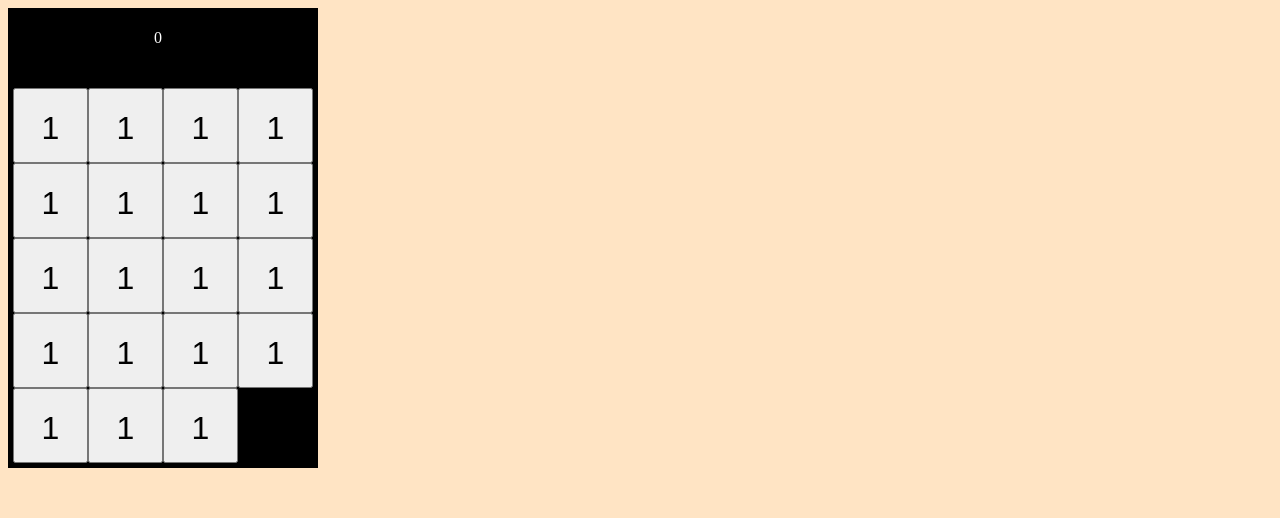
Repository: noahcallen/LAB-calculator
Page: index.html
An editor plug-in stored every save of this project. The page is shown before and after the next save, followed by the edit.
The browser window is 1280 px wide. The pictures show the whole page.

Above is the page before, as saved 2024-07-10 19:08:02.

### index.html
<!DOCTYPE html>
<html lang="en">
<head>
  <meta charset="UTF-8">
  <meta name="viewport" content="width=device-width, initial-scale=1.0">
  <title>Document</title>
  <link rel="stylesheet" href="main.css">
  <meta name="viewport" content="width=device-width, initial-scale=1">
</head>
<body>
  <div class="container">
    <div class="display">
      <p>0</p>
    </div>
    <div class="row">
      <div class="col">
        <button type="button" class="btn btn-primary">1</button>
      </div>
      <div class="col">
        <button type="button" class="btn btn-primary">1</button>
      </div>
      <div class="col">
        <button type="button" class="btn btn-primary">1</button>
      </div>
      <div class="col">
        <button type="button" class="btn btn-primary">1</button>
      </div>
      <div class="col">
        <button type="button" class="btn btn-primary">1</button>
      </div>
      <div class="col">
        <button type="button" class="btn btn-primary">1</button>
      </div>
      <div class="col">
        <button type="button" class="btn btn-primary">1</button>
      </div>
      <div class="col">
        <button type="button" class="btn btn-primary">1</button>
      </div>
      <div class="col">
        <button type="button" class="btn btn-primary">1</button>
      </div>
      <div class="col">
        <button type="button" class="btn btn-primary">1</button>
      </div>
      <div class="col">
        <button type="button" class="btn btn-primary">1</button>
      </div>
      <div class="col">
        <button type="button" class="btn btn-primary">1</button>
      </div>
      <div class="col">
        <button type="button" class="btn btn-primary">1</button>
      </div>
      <div class="col">
        <button type="button" class="btn btn-primary">1</button>
      </div>
      <div class="col">
        <button type="button" class="btn btn-primary">1</button>
      </div>
      <div class="col">
        <button type="button" class="btn btn-primary">1</button>
      </div>
      <div class="col">
        <button type="button" class="btn btn-primary">1</button>
      </div>
      <div class="col">
        <button type="button" class="btn btn-primary">1</button>
      </div>
      <div class="col">
        <button type="button" class="btn btn-primary">1</button>
      </div>
  </div>

  </div>



  <script src="main.js"></script>
  <!-- import js bootstrap -->
  <script src="https://cdn.jsdelivr.net/npm/bootstrap@5.3.3/dist/js/bootstrap.bundle.min.js" integrity="sha384-YvpcrYf0tY3lHB60NNkmXc5s9fDVZLESaAA55NDzOxhy9GkcIdslK1eN7N6jIeHz" crossorigin="anonymous"></script>
</body>
</html>

### main.css
body {
  background-color: bisque;
}

.display {
  height: 59px;
  width: 290px;
  color: white;
}

.container {
  background-color:black;
  text-align: center;
  /* display: flex; */
  /* justify-content: space-around; */
  border: solid 5px black;
  height: 450px;
  width: 300px;
}

.btn-primary {
  display: flex;
  flex-wrap: wrap;
  justify-content: center;
  font-family: Arial, Helvetica, sans-serif;
  font-size: xx-large;
  height: 75px;
  width: 75px;
  padding: 20px;
}

.row {
  display: flex;
  flex-wrap: wrap;
}

Loaded but not shown: main.js (no stored copy; drawn as an empty file)

After the next save:
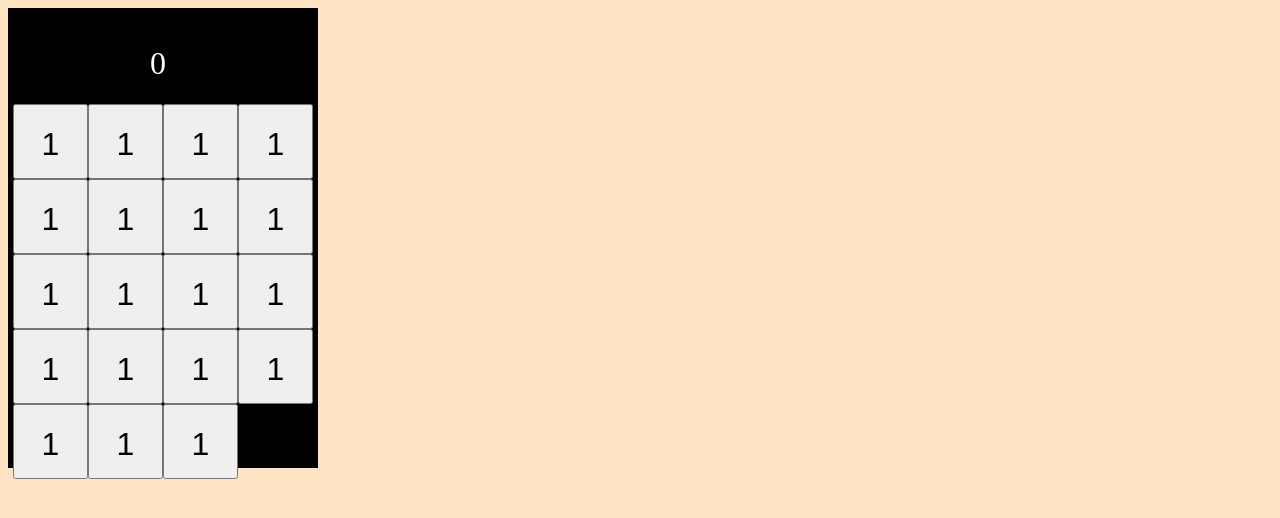
Saved 13 s later.
--- a/main.css
+++ b/main.css
@@ -6,6 +6,7 @@
   height: 59px;
   width: 290px;
   color: white;
+  font-size: xx-large;
 }
 
 .container {

After the save that followed:
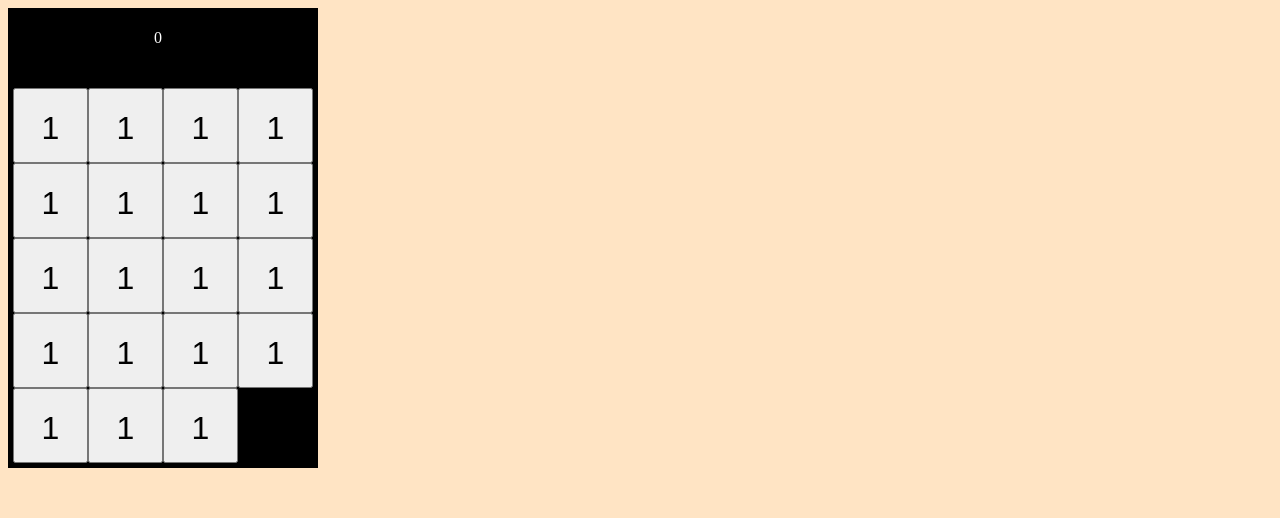
Saved 16 s later.
--- a/main.css
+++ b/main.css
@@ -6,7 +6,6 @@
   height: 59px;
   width: 290px;
   color: white;
-  font-size: xx-large;
 }
 
 .container {
